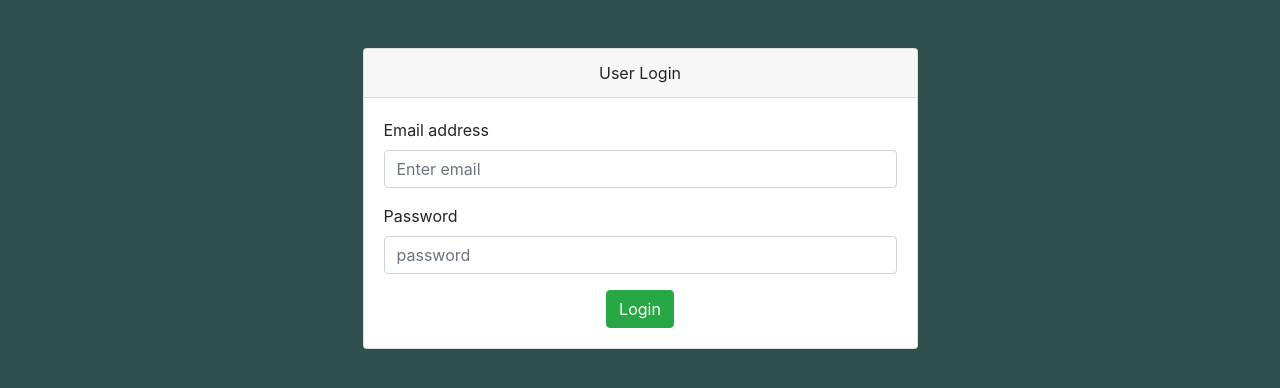
Repository: saivihari07/Advance-Java-Servlets-Jsp-
Page: http://localhost/Project/Login.jsp
The author's editor kept a copy of each file at every save. The page is drawn from the files as they stood at one save, then again after the next save.
The browser window is 1280 px wide. The pictures show the whole page.
Some web libraries are served in a nearby version. The page is served by Tomcat 9.

Above is the page before, as saved 2021-12-27 08:03:56.

### Servlets/Web-Application/Project/WebContent/Login.jsp
<%@ page language="java" contentType="text/html; charset=ISO-8859-1"
	pageEncoding="ISO-8859-1"%>
<!DOCTYPE html>
<html>
<head>
<meta charset="ISO-8859-1">
<title>Login page</title>
<%@ include file="include/head.jsp"%>
</head>
<body  style="background:#2F4F4F">
	<div class="container">
		<div class="card w-50 mx-auto my-5">
			<div class="card-header text-center">User Login</div>
			<div class="card-body">
				<form action="user-login" method="post">
					<div class="form-group">
						<label>Email address</label> <input type="email"
							name="login-email" class="form-control" placeholder="Enter email">
					</div>
					<div class="form-group">
						<label>Password</label> <input type="password"
							name="login-password" class="form-control" placeholder="password">
					</div>
					<div class="text-center">
						<button type="submit" class="btn btn-success">Login</button>
					</div>
				</form>
			</div>
		</div>
	</div>

	<%@include file="/include/footer.jsp"%>

</body>
</html>

### Servlets/Web-Application/Project/WebContent/include/head.jsp
<meta charset="ISO-8859-1">
<link rel="stylesheet" href="https://maxcdn.bootstrapcdn.com/bootstrap/4.0.0/css/bootstrap.min.css">

### Servlets/Web-Application/Project/WebContent/include/footer.jsp
<script src="https://code.jquery.com/jquery-3.2.1.slim.min.js" ></script>
<script src="https://cdnjs.cloudflare.com/ajax/libs/popper.js/1.12.9/umd/popper.min.js" ></script>
<script src="https://maxcdn.bootstrapcdn.com/bootstrap/4.0.0/js/bootstrap.min.js"></script>

After the next save:
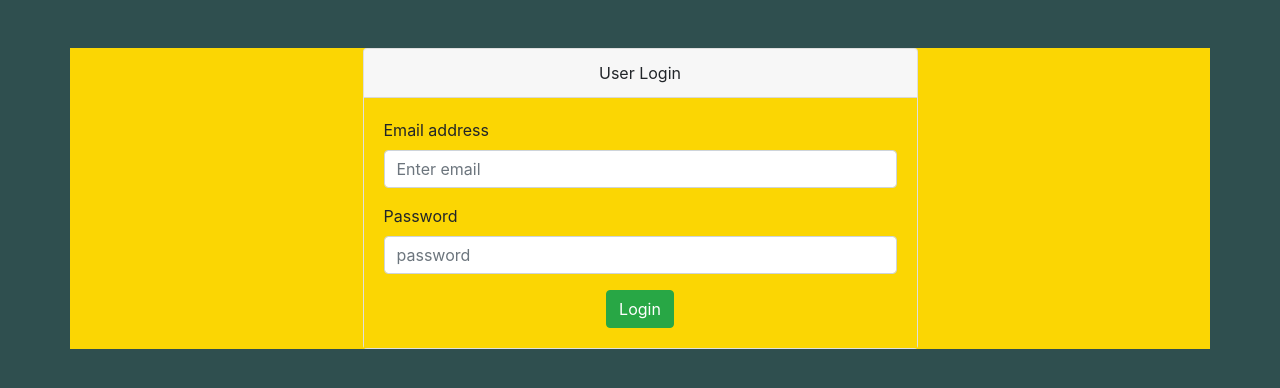
Saved 2 min 44 s later.
--- a/Servlets/Web-Application/Project/WebContent/Login.jsp
+++ b/Servlets/Web-Application/Project/WebContent/Login.jsp
@@ -7,7 +7,12 @@
 <title>Login page</title>
 <%@ include file="include/head.jsp"%>
 </head>
-<body  style="background:#2F4F4F">
+<style>
+div {
+	background-color: #FBD603;
+}
+</style>
+<body style="background: #2F4F4F">
 	<div class="container">
 		<div class="card w-50 mx-auto my-5">
 			<div class="card-header text-center">User Login</div>

After the save that followed:
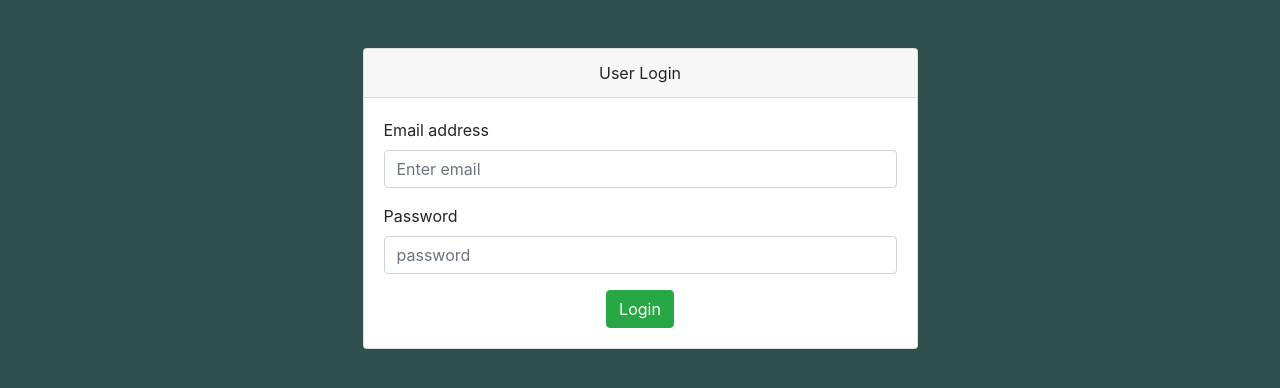
Saved 20 s later.
--- a/Servlets/Web-Application/Project/WebContent/Login.jsp
+++ b/Servlets/Web-Application/Project/WebContent/Login.jsp
@@ -7,11 +7,6 @@
 <title>Login page</title>
 <%@ include file="include/head.jsp"%>
 </head>
-<style>
-div {
-	background-color: #FBD603;
-}
-</style>
 <body style="background: #2F4F4F">
 	<div class="container">
 		<div class="card w-50 mx-auto my-5">
